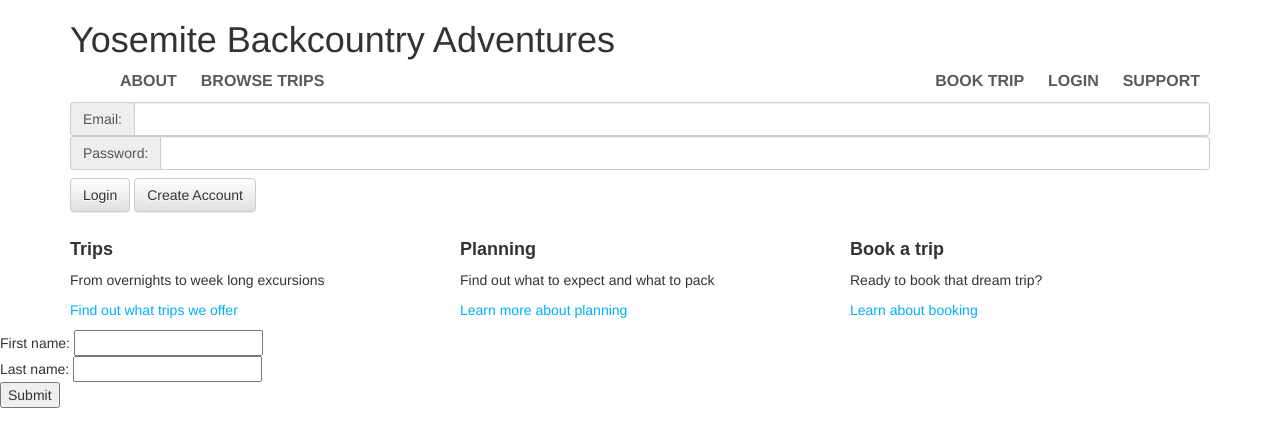
Repository: nageek17/eadventures
Page: http://localhost/login.php
The author's editor kept a record of every edit. The page is drawn from the files as they stood at one moment, then again after the next edit.
The browser window is 1280 px wide. The pictures show the whole page.
Some web libraries are served in a nearby version. The page is run by PHP 8.4 with error messages shown; the project is at /var/www/html/.

Above is the page before.
Console error (its wording comes from the project's code and is left out).

### login.php
<?php
    include ('header.php');
?>

    <div class="container">
        <form action= '' method="post" >

        <div class="input-group">
            <span class="input-group-addon">Email:</span> <input class="form-control" type="text">
        </div>

        <div class="input-group">
            <span class="input-group-addon">Password:</span> <input class="form-control" type="text">
        </div>

        <button class="btn btn-default navbar-btn" type="submit">Login</button>
        <button class="btn btn-default navbar-btn" type="button">Create Account</button>
        </form>

    </div>


<?php
    include ('footer.php');
?>


<form action="demo_form.asp" method="get">
  First name: <input type="text" name="fname"><br>
  Last name: <input type="text" name="lname"><br>
  <input type="submit" value="Submit">
</form>

### header.php
<!DOCTYPE html>
<html>
  <head>


    <link rel="stylesheet" href="//netdna.bootstrapcdn.com/bootstrap/3.1.1/css/bootstrap.min.css">
    <link rel="stylesheet" href="//netdna.bootstrapcdn.com/bootstrap/3.1.1/css/bootstrap-theme.min.css">

    <link rel="stylesheet" href="css/main.css">

    <title>eAdventures</title>

  </head>

<body>
    <div class="nav">
      <div class="container">
        <h1 class='heading'>Yosemite Backcountry Adventures</h1>
        <ul class="pull-left" class="active">
          <li><a href="home.php">about</a></li>
          <li><a href="products.php">Browse Trips</a></li>
        </ul>
        <ul class="pull-right">
          <li><a href="booking.html">Book trip</a></li>
          <li><a href="login.html">Login</a></li>
          <li><a href="support.html">Support</a></li>
        </ul>
      </div>
    </div>

### footer.php


<div class="learn-more">
	  <div class="container">
		<div class='row'>
	      <div class='col-md-4'>
			<h3>Trips</h3>
			<p>From overnights to week long excursions</p>
			<p><a href="products.php">Find out what trips we offer</a></p>
	      </div>
		  <div class='col-md-4'>
			<h3>Planning</h3>
			<p>Find out what to expect and what to pack</p>
			<p><a href="faq.php">Learn more about planning</a></p>
		  </div>
		  <div class='col-md-4'>
			<h3>Book a trip</h3>
			<p>Ready to book that dream trip?</p>
			<p><a href="booking.php">Learn about booking</a></p>
		  </div>
	    </div>
	  </div>
	</div>
</div>


<script type="text/javascript" src="jcart/js/jquery-1.4.4.min.js"></script>
<script type="text/javascript" src="jcart/js/jcart.min.js"></script>
<script src="https://maxcdn.bootstrapcdn.com/bootstrap/3.2.0/js/bootstrap.min.js"></script>

</body>
</html>

### jcart/config-loader.php
<?php

// jCart v1.3
// http://conceptlogic.com/jcart/

// By default, this file returns the $config array for use with PHP scripts
// If requested via Ajax, the array is encoded as JSON and echoed out to the browser

// Don't edit here, edit config.php
include_once('config.php');

// Use default values for any settings that have been left empty
if (!$config['currencyCode']) $config['currencyCode']                     = 'USD';
if (!$config['text']['cartTitle']) $config['text']['cartTitle']           = 'Shopping Cart';
if (!$config['text']['singleItem']) $config['text']['singleItem']         = 'Item';
if (!$config['text']['multipleItems']) $config['text']['multipleItems']   = 'Items';
if (!$config['text']['subtotal']) $config['text']['subtotal']             = 'Subtotal';
if (!$config['text']['update']) $config['text']['update']                 = 'update';
if (!$config['text']['checkout']) $config['text']['checkout']             = 'checkout';
if (!$config['text']['checkoutPaypal']) $config['text']['checkoutPaypal'] = 'Checkout with PayPal';
if (!$config['text']['removeLink']) $config['text']['removeLink']         = 'remove';
if (!$config['text']['emptyButton']) $config['text']['emptyButton']       = 'empty';
if (!$config['text']['emptyMessage']) $config['text']['emptyMessage']     = 'Your cart is empty!';
if (!$config['text']['itemAdded']) $config['text']['itemAdded']           = 'Item added!';
if (!$config['text']['priceError']) $config['text']['priceError']         = 'Invalid price format!';
if (!$config['text']['quantityError']) $config['text']['quantityError']   = 'Item quantities must be whole numbers!';
if (!$config['text']['checkoutError']) $config['text']['checkoutError']   = 'Your order could not be processed!';

if ($_GET['ajax'] == 'true') {
	header('Content-type: application/json; charset=utf-8');
	echo json_encode($config);
}
?>

### jcart/config.php
<?php

// jCart v1.3
// http://conceptlogic.com/jcart/

// Do NOT store any sensitive info in this file!!!
// It's loaded into the browser as plain text via Ajax


////////////////////////////////////////////////////////////////////////////////
// REQUIRED SETTINGS

// Path to your jcart files
$config['jcartPath']              = 'jcart/';

// Path to your checkout page
$config['checkoutPath']           = 'checkout.php';

// The HTML name attributes used in your item forms
$config['item']['id']             = 'my-item-id';    // Item id
$config['item']['name']           = 'my-item-name';    // Item name
$config['item']['price']          = 'my-item-price';    // Item price
$config['item']['qty']            = 'my-item-qty';    // Item quantity
$config['item']['url']            = 'my-item-url';    // Item URL (optional)
$config['item']['add']            = 'my-add-button';    // Add to cart button

// Your PayPal secure merchant ID
// Found here: https://www.paypal.com/webapps/customerprofile/summary.view
$config['paypal']['id']           = 'seller_1282188508_biz@conceptlogic.com';

////////////////////////////////////////////////////////////////////////////////
// OPTIONAL SETTINGS

// Three-letter currency code, defaults to USD if empty
// See available options here: http://j.mp/agNsTx
$config['currencyCode']           = '';

// Add a unique token to form posts to prevent CSRF exploits
// Learn more: http://conceptlogic.com/jcart/security.php
$config['csrfToken']              = false;

// Override default cart text
$config['text']['cartTitle']      = '';    // Shopping Cart
$config['text']['singleItem']     = '';    // Item
$config['text']['multipleItems']  = '';    // Items
$config['text']['subtotal']       = '';    // Subtotal
$config['text']['update']         = '';    // update
$config['text']['checkout']       = '';    // checkout
$config['text']['checkoutPaypal'] = '';    // Checkout with PayPal
$config['text']['removeLink']     = '';    // remove
$config['text']['emptyButton']    = '';    // empty
$config['text']['emptyMessage']   = '';    // Your cart is empty!
$config['text']['itemAdded']      = '';    // Item added!
$config['text']['priceError']     = '';    // Invalid price format!
$config['text']['quantityError']  = '';    // Item quantities must be whole numbers!
$config['text']['checkoutError']  = '';    // Your order could not be processed!

// Override the default buttons by entering paths to your button images
$config['button']['checkout']     = '';
$config['button']['paypal']       = '';
$config['button']['update']       = '';
$config['button']['empty']        = '';


////////////////////////////////////////////////////////////////////////////////
// ADVANCED SETTINGS

// Display tooltip after the visitor adds an item to their cart?
$config['tooltip']                = true;

// Allow decimals in item quantities?
$config['decimalQtys']            = false;

// How many decimal places are allowed?
$config['decimalPlaces']          = 1;

// Number format for prices, see: http://php.net/manual/en/function.number-format.php
$config['priceFormat']            = array('decimals' => 2, 'dec_point' => '.', 'thousands_sep' => ',');

// Send visitor to PayPal via HTTPS?
$config['paypal']['https']        = true;

// Use PayPal sandbox?
$config['paypal']['sandbox']      = false;

// The URL a visitor is returned to after completing their PayPal transaction
$config['paypal']['returnUrl']    = '';

// The URL of your PayPal IPN script
$config['paypal']['notifyUrl']    = '';

?>

### css/main.css
.home .heading {
  font-family: 'Shift', sans-serif;
  font-weight: bold;
}

.neighborhood-guides {
    background-color: #efefef;
    border-bottom: 1px solid #dbdbdb;
}

.neighborhood-guides h2{
    color: #393c3d;
    font-size: 24px;
}

.neighborhood-guides p {
    font-size: 15px;
    margin-bottom: 13px;
}

.nav a {
  color: #5a5a5a;
  font-size: 16px;
  font-weight: bold;
  padding: 14px 10px;
  text-transform: uppercase;
}

.nav li {
  display: inline;
}

.home .jumbotron {
  background-image:url('http://www.essenceinphotography.com/wp-content/uploads/2012/02/Yosemite-Valley-from-Glacier-Point.jpg');
  height: 500px;
}

.home .jumbotron .container {
  position: relative;
  top:100px;
}

.home .jumbotron h1 {
  color: #fff;
  font-size: 48px;
  font-family: 'Shift', sans-serif;
  font-weight: bold;
}

.home .jumbotron p {
  font-size: 20px;
  color: #fff;
}

.home .learn-more {
  background-color: #f7f7f7;
}

.learn-more h3 {
  font-family: 'Shift', sans-serif;
  font-size: 18px;
  font-weight: bold;
}

.learn-more a {
  color: #00b0ff;
}

.trips .jumbotron {
  background-color: #f7f7f7;

}

/*  products css page */
.trips .jumbotron p{
  font-size: 15px;

}

.trips .container{
        border-top-style: solid;
        border-top-color: #778899;

}

.trips .thumbnail {
  margin-top: 20px;
}

### jcart/js/jcart.min.js
// jCart v1.3
// http://conceptlogic.com/jcart/
$(function(){var a=(function(){var k="jcart",b=$("#jcart"),e=$("[name=jcartToken]").val(),i=$("#jcart-tooltip");var d=(function(){var l=null;$.ajax({url:k+"/config-loader.php",data:{ajax:"true"},dataType:"json",async:false,success:function(m){l=m},error:function(){alert("Ajax error: Edit the path in jcart.js to fix.")}});return l}());var f=(function(){if(d.tooltip===true){i.text(d.text.itemAdded);$(".jcart [type=submit]").mouseenter(function(m){var l=m.pageY+25,n=m.pageX+-10;$("body").append(i);i.css({top:n+"px",left:l+"px"})}).mousemove(function(m){var n=m.pageY+25,l=m.pageX+-10;i.css({top:n+"px",left:l+"px"})}).mouseleave(function(){i.hide()})}$("#jcart-buttons").remove();$.ajaxSetup({type:"POST",url:k+"/relay.php",success:function(l){b.html(l);$("#jcart-buttons").remove()},error:function(n,p){var o=n.status,l="Ajax error: ";if(o===0){l+="Check your network connection."}if(o===404||o===500){l+=o}if(p==="parsererror"||p==="timeout"){l+=p}alert(l)}})}());var c=$("#jcart-is-checkout").val();function j(n){var m=n.find("[name="+d.item.qty+"]"),l=n.find("[name="+d.item.add+"]");$.ajax({data:n.serialize()+"&"+d.item.add+"="+l.val(),success:function(o){if(m.val()>0&&i.css("display")==="none"){i.fadeIn("100").delay("400").fadeOut("100")}b.html(o);$("#jcart-buttons").remove()}})}function g(l){var o=l.parent().find('[name="jcartItemId[]"]').val();var n=l.val();if(n){var m=window.setTimeout(function(){$.ajax({data:{jcartUpdate:1,itemId:o,itemQty:n,jcartIsCheckout:c,jcartToken:e}})},1000)}l.keydown(function(p){if(p.which!==9){window.clearTimeout(m)}})}function h(m){var n=m.attr("href");n=n.split("=");var l=n[1];$.ajax({type:"GET",data:{jcartRemove:l,jcartIsCheckout:c}})}$(".jcart").submit(function(l){j($(this));l.preventDefault()});b.keydown(function(l){if(l.which===13){l.preventDefault()}});b.delegate('[name="jcartItemQty[]"]',"keyup",function(){g($(this))});b.delegate(".jcart-remove","click",function(l){h($(this));l.preventDefault()})}())});

Loaded but not shown: jcart/js/jquery-1.4.4.min.js (library)

After the next edit:
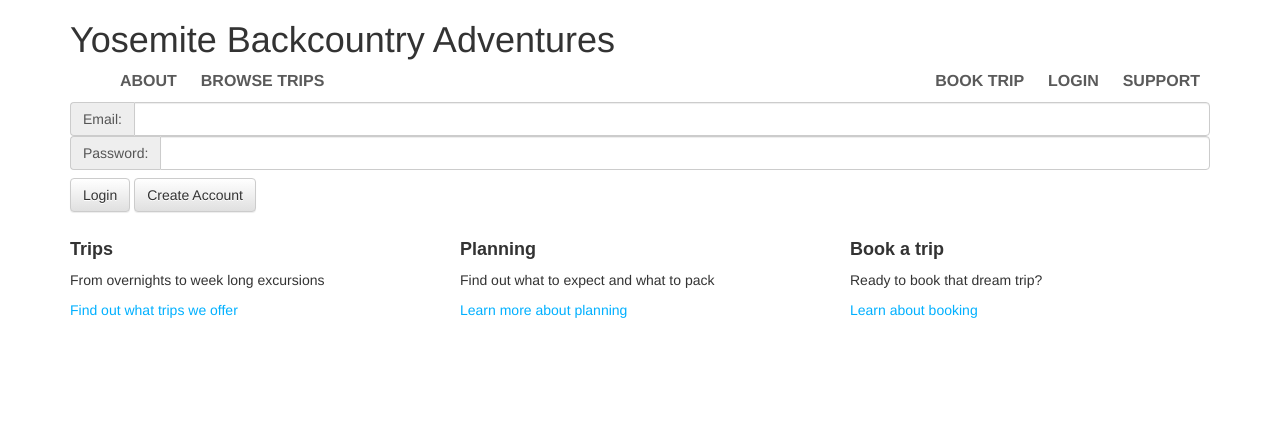
The edit:
--- a/login.php
+++ b/login.php
@@ -24,9 +24,9 @@
     include ('footer.php');
 ?>
 
-
-<form action="demo_form.asp" method="get">
-  First name: <input type="text" name="fname"><br>
-  Last name: <input type="text" name="lname"><br>
-  <input type="submit" value="Submit">
-</form>
+<?php
+// <form action="demo_form.asp" method="get">
+//   First name: <input type="text" name="fname"><br>
+//   Last name: <input type="text" name="lname"><br>
+//   <input type="submit" value="Submit">
+// </form>
